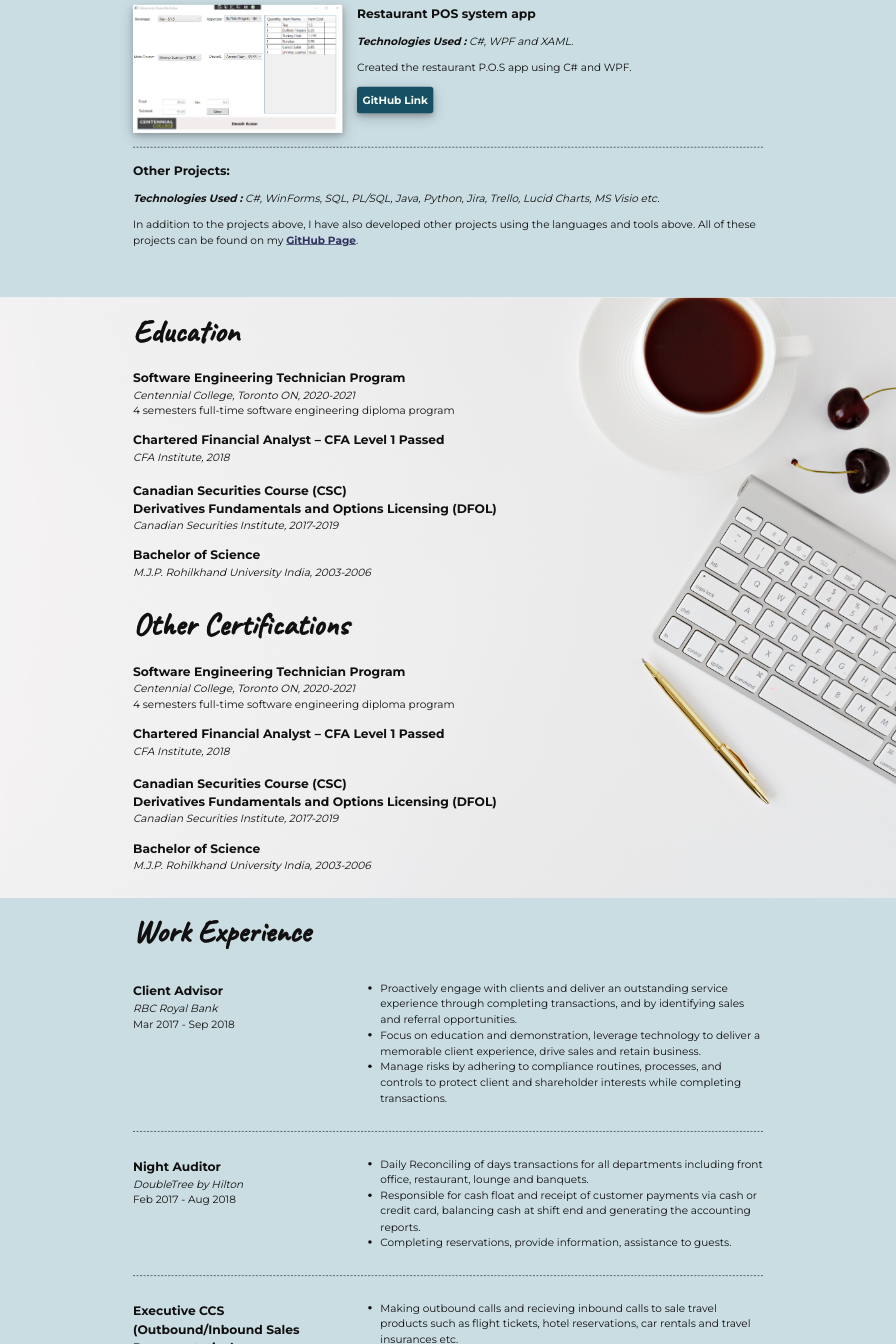
Repository: My-Web-Page/MyWebPage
Page: index.html
An editor plug-in stored every save of this project. The page is shown before and after the next save, followed by the edit.
The browser window is 1280 px wide. The pictures show the part of the page from y = 2907 to 4827 px (the page is 5215 px tall), at 70% of full size.
Some web libraries are served in a nearby version.

Above is the page before, as saved 2021-09-06 23:43:50.

After the next save:
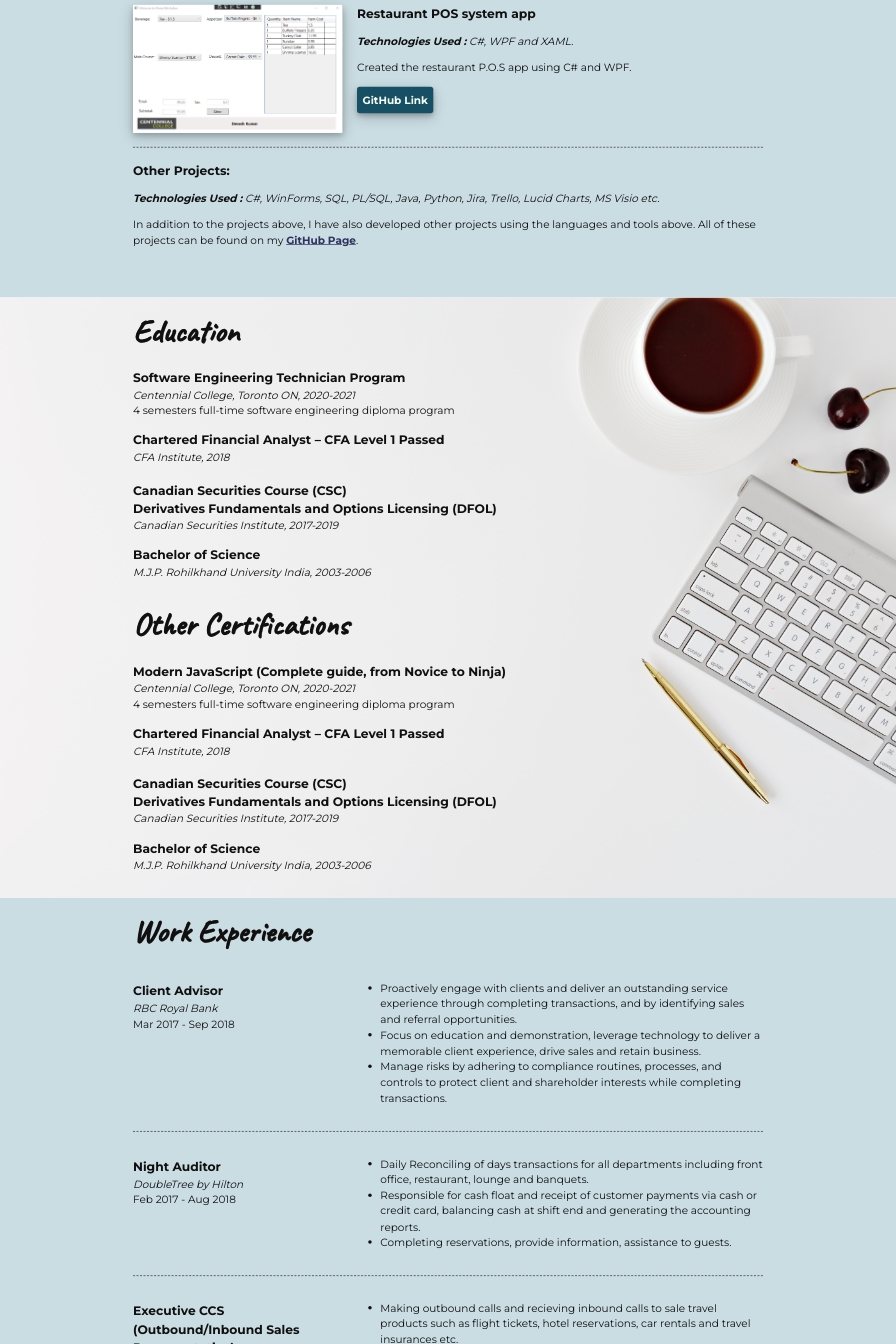
Saved 59 s later.
--- a/index.html
+++ b/index.html
@@ -203,7 +203,7 @@
                 <h2>Other Certifications</h2>
 
                 <section>
-                    <h3>Software Engineering Technician Program</h3>
+                    <h3>Modern JavaScript (Complete guide, from Novice to Ninja)</h3>
                     <p>Centennial College, Toronto ON, 2020-2021</p>
                     <p>4 semesters full-time software engineering diploma program </p>
                 </section>
